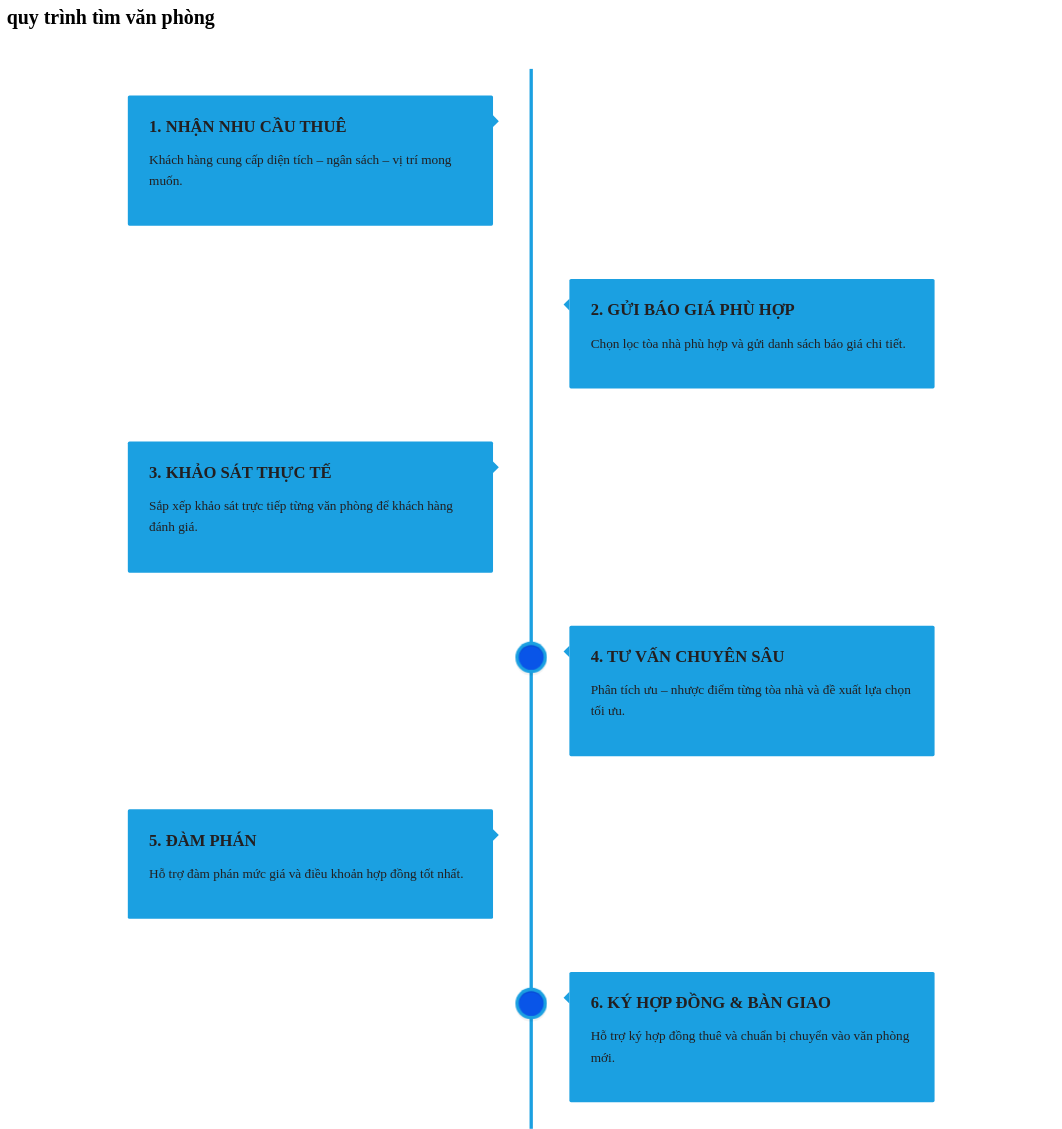
Repository: lannguyen1301/anphuholdings-main
Page: partials/home/quy-trinh-tim-van-phong-2.html
These files come from the project's save history. The page is drawn as it stood at one moment and after the next save; the edit follows.
The browser window is 1280 px wide. The pictures show the whole page, at 83% of full size.

Above is the page before, as saved 2026-01-03 09:18:16.

After the next save:
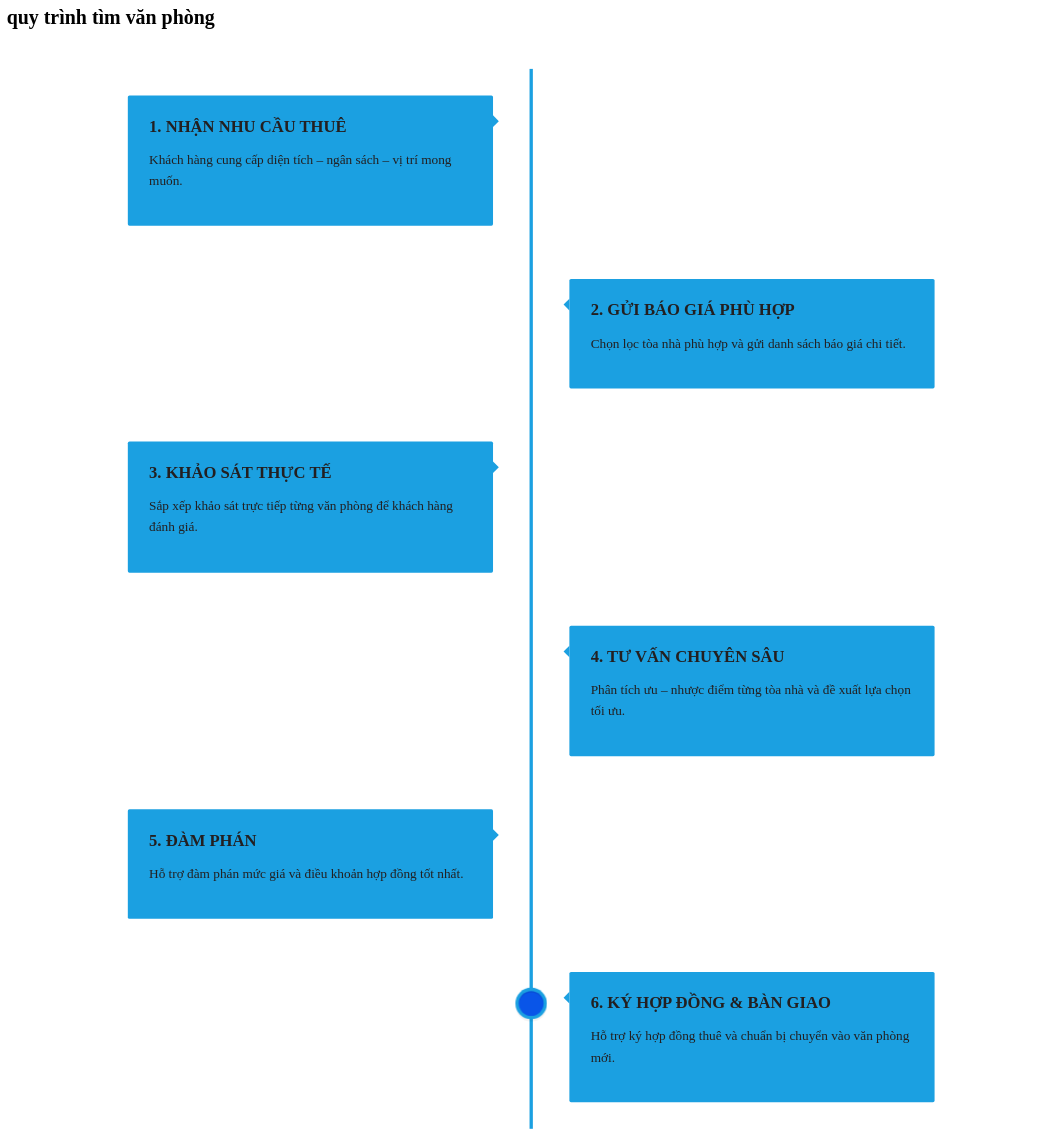
Saved 6 s later.
--- a/partials/home/quy-trinh-tim-van-phong-2.html
+++ b/partials/home/quy-trinh-tim-van-phong-2.html
@@ -330,8 +330,8 @@ Main components
     </div> <!-- cd-timeline-block -->
 
     <div data-aos="fade-up" data-aos-delay="300" class="cd-timeline-block">
-        <div class="cd-timeline-img cd-location">
-        </div>
+        <!-- <div class="cd-timeline-img cd-location">
+        </div> -->
 
         <div class="cd-timeline-content">
             <h3 class="">4. Tư vấn chuyên sâu</h3>
